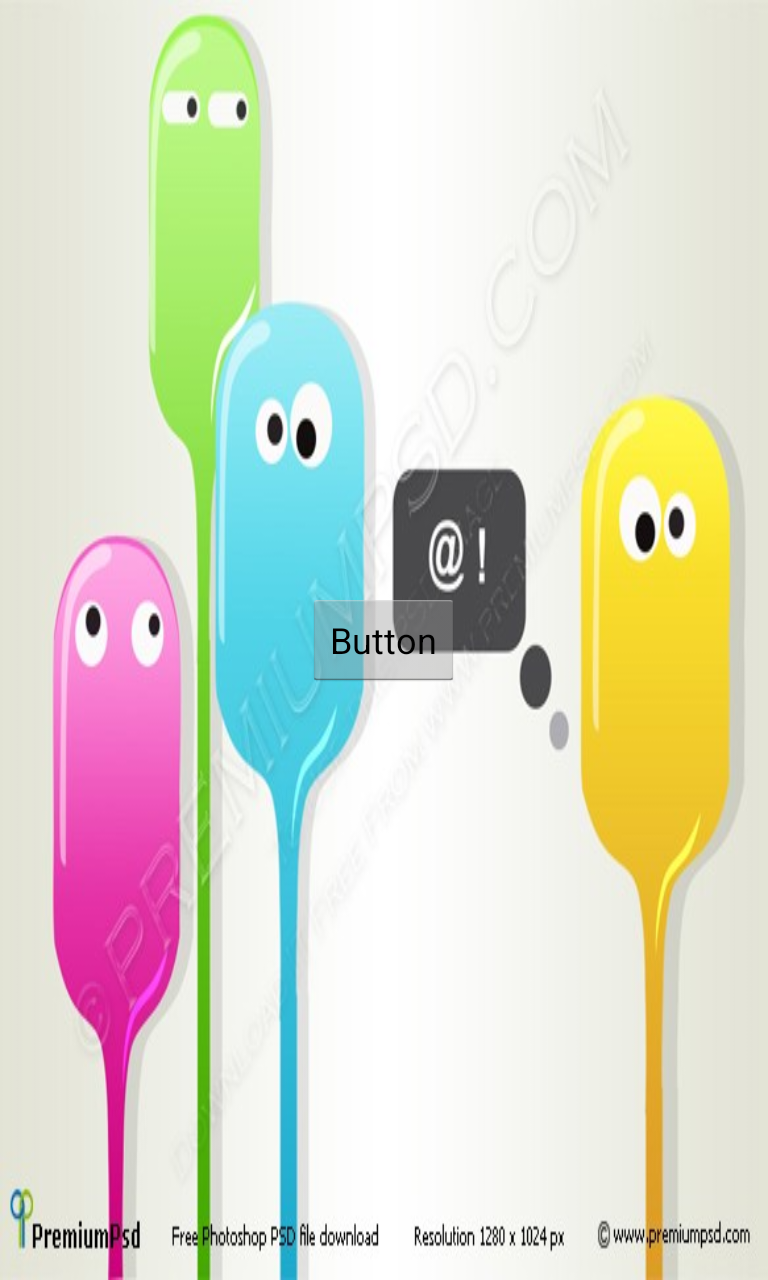
Repository: Mikroskil/DHDZ
Layout: sipepeamoeba/Sipepeamoeba/res/layout/upload_foto.xml
An editor plug-in stored every save of this project. The layout is shown before and after the next save, followed by the edit.
It is drawn on a 768 x 1280 px phone screen (xhdpi) without system bars, with theme AppTheme; the app's code is not run.

Above is the layout before, as saved 2013-12-14 15:42:16.

### sipepeamoeba/Sipepeamoeba/res/layout/upload_foto.xml
<?xml version="1.0" encoding="utf-8"?>
<LinearLayout xmlns:android="http://schemas.android.com/apk/res/android"
    android:layout_width="match_parent"
    android:layout_height="match_parent"
    android:background="@drawable/about"
    android:orientation="vertical" >

    <LinearLayout
        android:layout_width="match_parent"
        android:layout_height="wrap_content"
        android:layout_weight="0.40"
        android:gravity="center"
        android:orientation="vertical" >

        <Button
            android:id="@+id/button1"
            android:layout_width="wrap_content"
            android:layout_height="wrap_content"
            android:gravity="center"
            android:text="Button" />

		<ImageView
            android:id="@+id/imgPreview"
            android:layout_width="wrap_content"
            android:layout_height="wrap_content"
            android:visibility="gone" />
    </LinearLayout>

</LinearLayout>

Loaded but not shown: sipepeamoeba/Sipepeamoeba/res/values/styles.xml (common file); sipepeamoeba/Sipepeamoeba/res/values-v11/styles.xml (common file); sipepeamoeba/Sipepeamoeba/res/values-v14/styles.xml (common file)

After the next save:
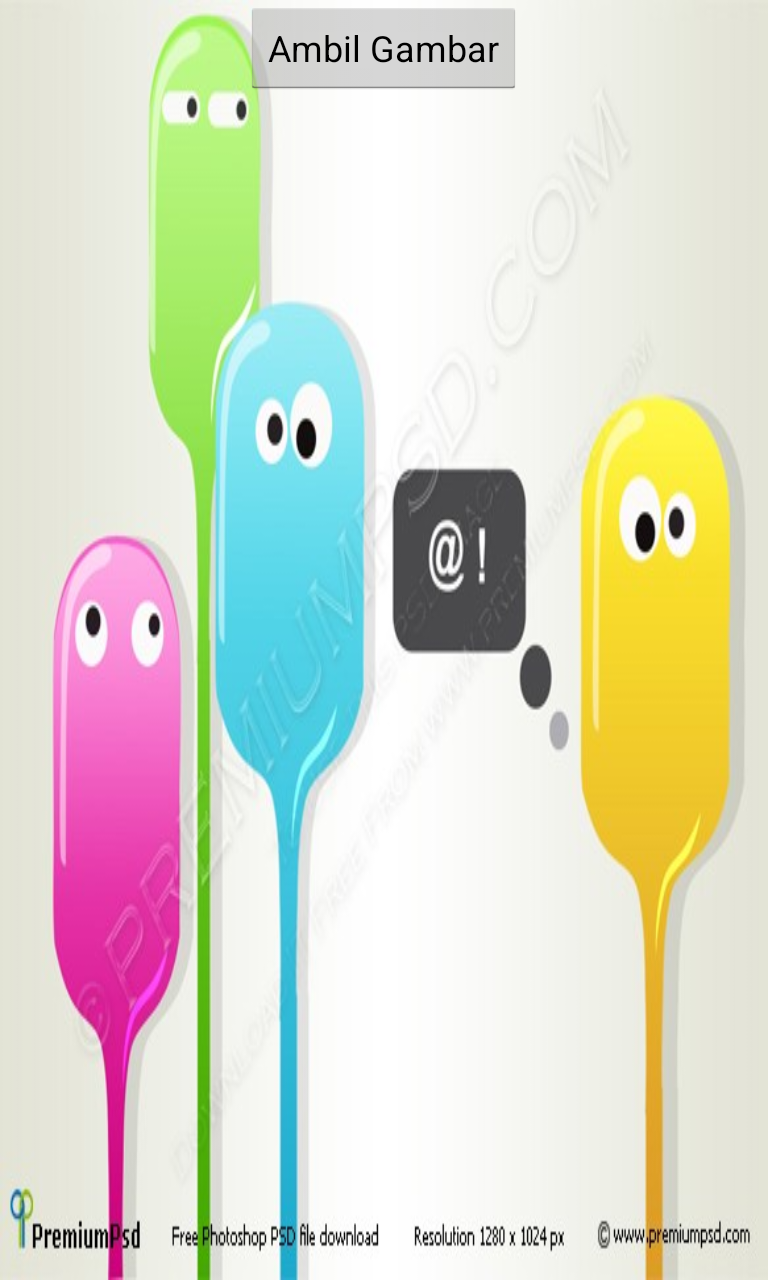
Saved 44 s later.
--- a/sipepeamoeba/Sipepeamoeba/res/layout/upload_foto.xml
+++ b/sipepeamoeba/Sipepeamoeba/res/layout/upload_foto.xml
@@ -9,15 +9,15 @@
         android:layout_width="match_parent"
         android:layout_height="wrap_content"
         android:layout_weight="0.40"
-        android:gravity="center"
+        android:gravity="center_horizontal"
         android:orientation="vertical" >
 
         <Button
-            android:id="@+id/button1"
+            android:id="@+id/btnambilgambar"
             android:layout_width="wrap_content"
             android:layout_height="wrap_content"
             android:gravity="center"
-            android:text="Button" />
+            android:text="Ambil Gambar" />
 
 		<ImageView
             android:id="@+id/imgPreview"
